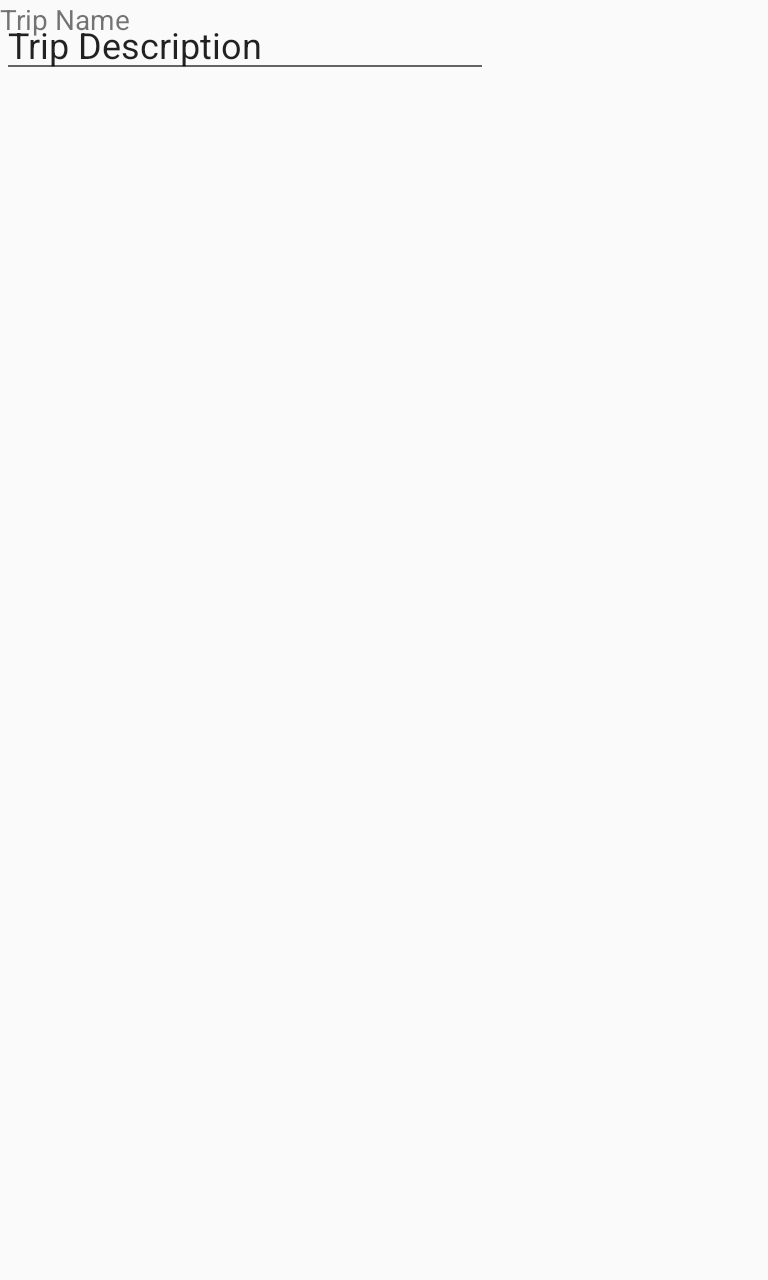
Repository: bandikishores/ShareMyTrip
Layout: ShareMyTrip/res/layout/activity_add_trip.xml
An editor plug-in stored every save of this project. The layout is shown before and after the next save, followed by the edit.
It is drawn on a 768 x 1280 px phone screen (xhdpi) without system bars, with theme AppTheme; the app's code is not run.

Above is the layout before, as saved 2014-12-25 13:31:18.

### ShareMyTrip/res/layout/activity_add_trip.xml
<RelativeLayout xmlns:android="http://schemas.android.com/apk/res/android"
    xmlns:tools="http://schemas.android.com/tools"
    android:layout_width="match_parent"
    android:layout_height="match_parent"
    tools:context="${relativePackage}.${activityClass}" >

    <!-- <TextView
        android:layout_width="wrap_content"
        android:layout_height="wrap_content"
        android:text="@string/Add a New Trip" /> -->

    <TextView
        android:layout_width="wrap_content"
        android:layout_height="wrap_content"
        android:text="@string/trip_name" />

    <EditText android:inputType="text"
        android:layout_width="wrap_content"
        android:layout_height="wrap_content"
        android:text="@string/trip_desc"
        android:hint="@string/enter_trip_name"
        android:id="@+id/trip_name_entered"
        />


</RelativeLayout>

### ShareMyTrip/res/values/strings.xml
<?xml version="1.0" encoding="utf-8"?>
<resources>

    <string name="app_name">Share My Trip</string>
    <string name="title_section1">All Trips</string>
    <string name="title_section2">Section 2</string>
    <string name="title_section3">Section 3</string>
    <string name="navigation_drawer_open">Open navigation drawer</string>
    <string name="navigation_drawer_close">Close navigation drawer</string>
    <string name="action_example">Example action</string>
    <string name="action_settings">Settings</string>
    <string name="hello">hello</string>
    <string name="title_activity_trip">TripActivity</string>
    <string name="hello_world">Hello world!</string>
    <string name="title_activity_add_trip">Add a New Trip</string>
    <string name="trip_name">Trip Name</string>
    <string name="enter_trip_name">Please Enter the name of Trip</string>
    <string name="trip_desc">Trip Description</string>

</resources>

Loaded but not shown: ShareMyTrip/res/values/styles.xml (common file); ShareMyTrip/res/values-v11/styles.xml (common file); ShareMyTrip/res/values-v14/styles.xml (common file)

After the next save:
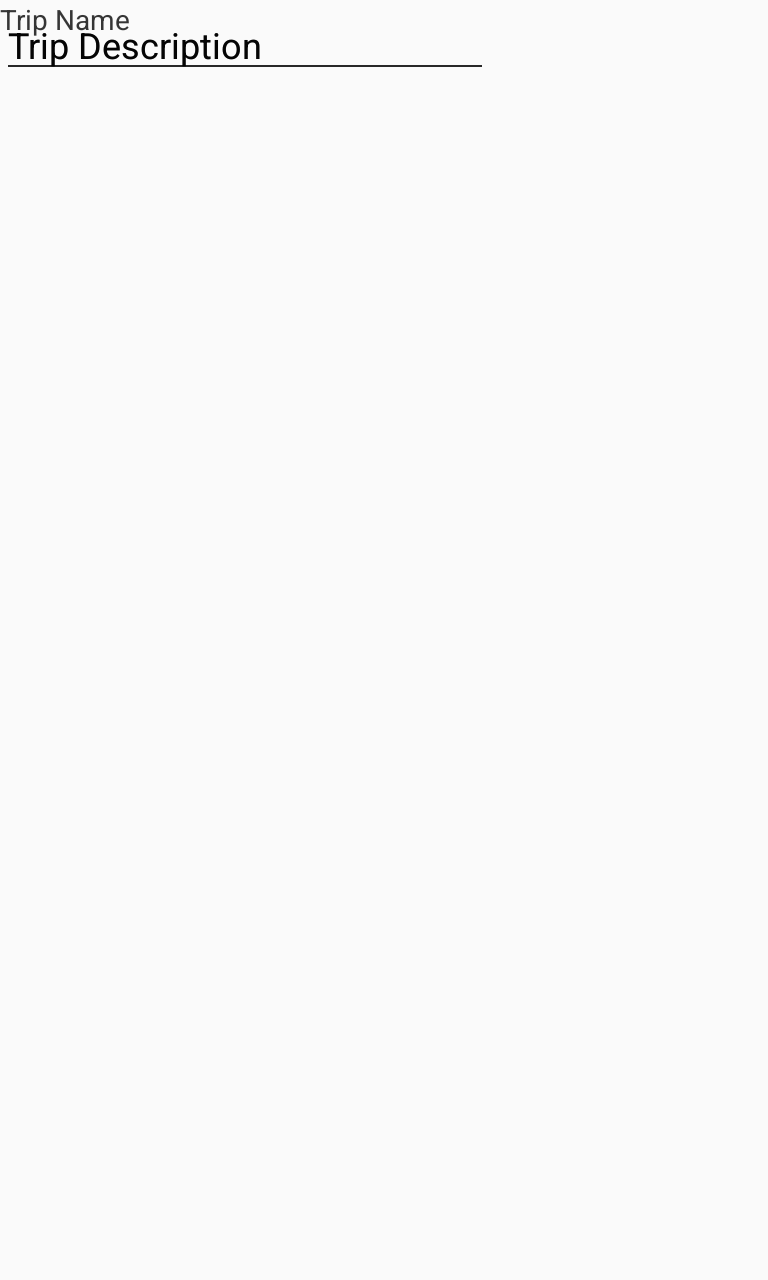
Saved 3 min 37 s later.
--- a/ShareMyTrip/res/layout/activity_add_trip.xml
+++ b/ShareMyTrip/res/layout/activity_add_trip.xml
@@ -22,5 +22,18 @@
         android:id="@+id/trip_name_entered"
         />
 
+    <TextView
+        android:layout_width="wrap_content"
+        android:layout_height="wrap_content"
+        android:text="@string/trip_name" />
+
+    <EditText android:inputType="text"
+        android:layout_width="wrap_content"
+        android:layout_height="wrap_content"
+        android:text="@string/trip_desc"
+        android:hint="@string/enter_trip_name"
+        android:id="@+id/trip_name_entered"
+        />
+
 
 </RelativeLayout>
